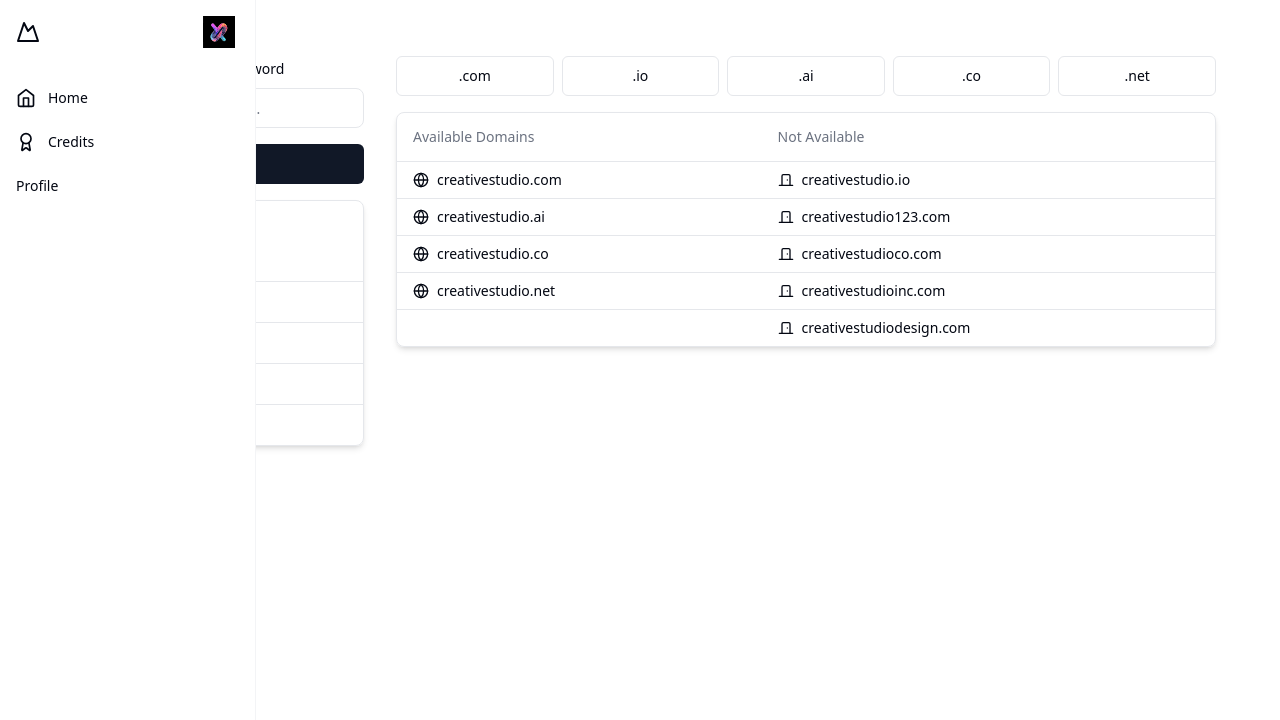
Repository: EliDorf/nyme
Page: /
These files come from the project's save history. The page is drawn as it stood at one moment and after the next save; the edit follows.
The browser window is 1280 px wide. The pictures show the whole page.
The page's requests for data from a server got no answer. The project was rebuilt for these pictures with package versions that can differ from the ones it lists, and the page was loaded fresh each time. Some packages were replaced by stand-ins written for this rebuild. The framework's server and built-in components were replaced by stand-ins that run in the browser. No one was signed in, and anything a server would have sent is missing. Also part of the build but not shown: next.config.mjs, lib/utils.ts, components/ui/alert-dialog.tsx, components/shared/InsufficientCreditsModal.tsx.

Above is the page before, as saved 2024-07-27 23:07:45.

### app/layout.tsx
import type { Metadata } from "next";
import { Inter } from "next/font/google";
import "./globals.css";
import type { AppProps } from 'next/app'
import { ClerkProvider, SignInButton, SignedIn, SignedOut, UserButton } from '@clerk/nextjs'

const inter = Inter({ subsets: ["latin"] });

export const metadata: Metadata = {
  title: "Nyme.AI",
  description: "Nyme.AI Generate create Names",
};


export default function RootLayout({
  children,
}: {
  children: React.ReactNode
}) {
  return (
    <ClerkProvider>
      <html lang="en">
        <body>
          <header>
            <SignedOut>
              <SignInButton />
            </SignedOut>
            <SignedIn>
              <UserButton />
            </SignedIn>
          </header>
          <main>
            {children}
          </main>
        </body>
      </html>
    </ClerkProvider>
  )
}

### app/(root)/layout.tsx
import { Dashboard } from '@/components/component/Dashboard';
import React from 'react';
import { NewSidebar } from '@/components/shared/new-sidebar';

const Layout = ({ children }: { children: React.ReactNode }) => {
  return (
    <main className="flex">
      <NewSidebar />
      <div className="flex-1 p-8">
        <Dashboard />
        {children}
      </div>
    </main>
  );
}

export default Layout;

### app/(root)/page.tsx
import { UserButton } from '@clerk/nextjs'
import React from 'react'

const Home = () => {
  return (
    <div>
      <p>Home</p>

    </div>
  )
}

export default Home

### app/globals.css
@tailwind base;
@tailwind components;
@tailwind utilities;

@layer base {
  :root {
    --background: 0 0% 100%;
    --foreground: 224 71.4% 4.1%;
    --card: 0 0% 100%;
    --card-foreground: 224 71.4% 4.1%;
    --popover: 0 0% 100%;
    --popover-foreground: 224 71.4% 4.1%;
    --primary: 220.9 39.3% 11%;
    --primary-foreground: 210 20% 98%;
    --secondary: 220 14.3% 95.9%;
    --secondary-foreground: 220.9 39.3% 11%;
    --muted: 220 14.3% 95.9%;
    --muted-foreground: 220 8.9% 46.1%;
    --accent: 220 14.3% 95.9%;
    --accent-foreground: 220.9 39.3% 11%;
    --destructive: 0 84.2% 60.2%;
    --destructive-foreground: 210 20% 98%;
    --border: 220 13% 91%;
    --input: 220 13% 91%;
    --ring: 224 71.4% 4.1%;
    --radius: 0.5rem;
    --chart-1: 12 76% 61%;
    --chart-2: 173 58% 39%;
    --chart-3: 197 37% 24%;
    --chart-4: 43 74% 66%;
    --chart-5: 27 87% 67%;
  }

  .dark {
    --background: 224 71.4% 4.1%;
    --foreground: 210 20% 98%;
    --card: 224 71.4% 4.1%;
    --card-foreground: 210 20% 98%;
    --popover: 224 71.4% 4.1%;
    --popover-foreground: 210 20% 98%;
    --primary: 210 20% 98%;
    --primary-foreground: 220.9 39.3% 11%;
    --secondary: 215 27.9% 16.9%;
    --secondary-foreground: 210 20% 98%;
    --muted: 215 27.9% 16.9%;
    --muted-foreground: 217.9 10.6% 64.9%;
    --accent: 215 27.9% 16.9%;
    --accent-foreground: 210 20% 98%;
    --destructive: 0 62.8% 30.6%;
    --destructive-foreground: 210 20% 98%;
    --border: 215 27.9% 16.9%;
    --input: 215 27.9% 16.9%;
    --ring: 216 12.2% 83.9%;
    --chart-1: 220 70% 50%;
    --chart-2: 160 60% 45%;
    --chart-3: 30 80% 55%;
    --chart-4: 280 65% 60%;
    --chart-5: 340 75% 55%;
  }
}

@layer base {
  * {
    @apply border-border;
  }
  body {
    @apply bg-background text-foreground;
  }
}.credits-section {
  display: flex;
  justify-content: center;
  align-items: center;
  padding: 2rem;
  background-color: #f9fafb; /* Light background for contrast */
}

.credits-list {
  display: flex;
  gap: 2rem;
  list-style: none;
  padding: 0;
}

.credits-item {
  background: #fff;
  border-radius: 8px;
  box-shadow: 0 4px 8px rgba(0, 0, 0, 0.1);
  padding: 2rem;
  max-width: 300px;
  text-align: center;
  transition: transform 0.3s;
}

.credits-item:hover {
  transform: translateY(-10px);
}

.flex-center {
  display: flex;
  justify-content: center;
  align-items: center;
}

.flex-col {
  flex-direction: column;
}

.plan-name {
  font-size: 1.5rem;
  font-weight: bold;
  color: #6B46C1;
}

.plan-price {
  font-size: 2rem;
  font-weight: bold;
  color: #2D3748;
  margin: 1rem 0;
}

.plan-credits {
  font-size: 1.1rem;
  color: #4A5568;
}

.inclusions-list {
  list-style: none;
  padding: 0;
  margin: 2rem 0;
  text-align: left;
}

.inclusion-item {
  display: flex;
  align-items: center;
  gap: 1rem;
}

.inclusion-label {
  font-size: 1rem;
  color: #4A5568;
}

.credits-btn {
  margin-top: 0.25rem;
  padding: 0.75rem 1.5rem;
  border: 2px solid #6B46C1;
  color: #fff;
  background-color: #6B46C1;
  font-size: 1rem;
  font-weight: bold;
  border-radius: 4px;
  transition: background-color 0.3s, color 0.3s;
}

.credits-btn:hover {
  background-color: #4C2C8A;
  color: #fff;
}

@media (max-width: 768px) {
  .credits-list {
    flex-direction: column;
    align-items: center;
  }
}

.checkoutButton {
  width: 100%;
  padding: 0.75rem 1.5rem;
  background-color: #6B46C1;
  color: #fff;
  font-size: 1rem;
  font-weight: bold;
  border: none;
  border-radius: 25px;
  cursor: pointer;
  transition: background-color 0.3s, transform 0.3s;
}

.checkoutButton:hover {
  background-color: #4C2C8A;
  transform: translateY(-2px);
}

.success-toast {
  background-color: #38A169; /* Green background for success */
  color: white;
}

.error-toast {
  background-color: #E53E3E; /* Red background for error */
  color: white;
}

.cl-userButtonBox {
  display: flex;
  flex-flow: row-reverse;
  gap: 12px;
}

.cl-userButtonOuterIdentifier {
  font-size: 16px;
  font-weight: 600;
  color: #384262;
}

### components/ui/label.tsx
"use client"

import * as React from "react"
import * as LabelPrimitive from "@radix-ui/react-label"
import { cva, type VariantProps } from "class-variance-authority"

import { cn } from "@/lib/utils"

const labelVariants = cva(
  "text-sm font-medium leading-none peer-disabled:cursor-not-allowed peer-disabled:opacity-70"
)

const Label = React.forwardRef<
  React.ElementRef<typeof LabelPrimitive.Root>,
  React.ComponentPropsWithoutRef<typeof LabelPrimitive.Root> &
    VariantProps<typeof labelVariants>
>(({ className, ...props }, ref) => (
  <LabelPrimitive.Root
    ref={ref}
    className={cn(labelVariants(), className)}
    {...props}
  />
))
Label.displayName = LabelPrimitive.Root.displayName

export { Label }

### components/ui/input.tsx
import * as React from "react"

import { cn } from "@/lib/utils"

export interface InputProps
  extends React.InputHTMLAttributes<HTMLInputElement> {}

const Input = React.forwardRef<HTMLInputElement, InputProps>(
  ({ className, type, ...props }, ref) => {
    return (
      <input
        type={type}
        className={cn(
          "flex h-10 w-full rounded-md border border-input bg-background px-3 py-2 text-sm ring-offset-background file:border-0 file:bg-transparent file:text-sm file:font-medium placeholder:text-muted-foreground focus-visible:outline-none focus-visible:ring-2 focus-visible:ring-ring focus-visible:ring-offset-2 disabled:cursor-not-allowed disabled:opacity-50",
          className
        )}
        ref={ref}
        {...props}
      />
    )
  }
)
Input.displayName = "Input"

export { Input }

### components/ui/button.tsx
import * as React from "react"
import { Slot } from "@radix-ui/react-slot"
import { cva, type VariantProps } from "class-variance-authority"

import { cn } from "@/lib/utils"

const buttonVariants = cva(
  "inline-flex items-center justify-center whitespace-nowrap rounded-md text-sm font-medium ring-offset-background transition-colors focus-visible:outline-none focus-visible:ring-2 focus-visible:ring-ring focus-visible:ring-offset-2 disabled:pointer-events-none disabled:opacity-50",
  {
    variants: {
      variant: {
        default: "bg-primary text-primary-foreground hover:bg-primary/90",
        destructive:
          "bg-destructive text-destructive-foreground hover:bg-destructive/90",
        outline:
          "border border-input bg-background hover:bg-accent hover:text-accent-foreground",
        secondary:
          "bg-secondary text-secondary-foreground hover:bg-secondary/80",
        ghost: "hover:bg-accent hover:text-accent-foreground",
        link: "text-primary underline-offset-4 hover:underline",
      },
      size: {
        default: "h-10 px-4 py-2",
        sm: "h-9 rounded-md px-3",
        lg: "h-11 rounded-md px-8",
        icon: "h-10 w-10",
      },
    },
    defaultVariants: {
      variant: "default",
      size: "default",
    },
  }
)

export interface ButtonProps
  extends React.ButtonHTMLAttributes<HTMLButtonElement>,
    VariantProps<typeof buttonVariants> {
  asChild?: boolean
}

const Button = React.forwardRef<HTMLButtonElement, ButtonProps>(
  ({ className, variant, size, asChild = false, ...props }, ref) => {
    const Comp = asChild ? Slot : "button"
    return (
      <Comp
        className={cn(buttonVariants({ variant, size, className }))}
        ref={ref}
        {...props}
      />
    )
  }
)
Button.displayName = "Button"

export { Button, buttonVariants }

### components/ui/table.tsx
import * as React from "react"

import { cn } from "@/lib/utils"

const Table = React.forwardRef<
  HTMLTableElement,
  React.HTMLAttributes<HTMLTableElement>
>(({ className, ...props }, ref) => (
  <div className="relative w-full overflow-auto">
    <table
      ref={ref}
      className={cn("w-full caption-bottom text-sm", className)}
      {...props}
    />
  </div>
))
Table.displayName = "Table"

const TableHeader = React.forwardRef<
  HTMLTableSectionElement,
  React.HTMLAttributes<HTMLTableSectionElement>
>(({ className, ...props }, ref) => (
  <thead ref={ref} className={cn("[&_tr]:border-b", className)} {...props} />
))
TableHeader.displayName = "TableHeader"

const TableBody = React.forwardRef<
  HTMLTableSectionElement,
  React.HTMLAttributes<HTMLTableSectionElement>
>(({ className, ...props }, ref) => (
  <tbody
    ref={ref}
    className={cn("[&_tr:last-child]:border-0", className)}
    {...props}
  />
))
TableBody.displayName = "TableBody"

const TableFooter = React.forwardRef<
  HTMLTableSectionElement,
  React.HTMLAttributes<HTMLTableSectionElement>
>(({ className, ...props }, ref) => (
  <tfoot
    ref={ref}
    className={cn(
      "border-t bg-muted/50 font-medium [&>tr]:last:border-b-0",
      className
    )}
    {...props}
  />
))
TableFooter.displayName = "TableFooter"

const TableRow = React.forwardRef<
  HTMLTableRowElement,
  React.HTMLAttributes<HTMLTableRowElement>
>(({ className, ...props }, ref) => (
  <tr
    ref={ref}
    className={cn(
      "border-b transition-colors hover:bg-muted/50 data-[state=selected]:bg-muted",
      className
    )}
    {...props}
  />
))
TableRow.displayName = "TableRow"

const TableHead = React.forwardRef<
  HTMLTableCellElement,
  React.ThHTMLAttributes<HTMLTableCellElement>
>(({ className, ...props }, ref) => (
  <th
    ref={ref}
    className={cn(
      "h-12 px-4 text-left align-middle font-medium text-muted-foreground [&:has([role=checkbox])]:pr-0",
      className
    )}
    {...props}
  />
))
TableHead.displayName = "TableHead"

const TableCell = React.forwardRef<
  HTMLTableCellElement,
  React.TdHTMLAttributes<HTMLTableCellElement>
>(({ className, ...props }, ref) => (
  <td
    ref={ref}
    className={cn("p-4 align-middle [&:has([role=checkbox])]:pr-0", className)}
    {...props}
  />
))
TableCell.displayName = "TableCell"

const TableCaption = React.forwardRef<
  HTMLTableCaptionElement,
  React.HTMLAttributes<HTMLTableCaptionElement>
>(({ className, ...props }, ref) => (
  <caption
    ref={ref}
    className={cn("mt-4 text-sm text-muted-foreground", className)}
    {...props}
  />
))
TableCaption.displayName = "TableCaption"

export {
  Table,
  TableHeader,
  TableBody,
  TableFooter,
  TableHead,
  TableRow,
  TableCell,
  TableCaption,
}

### components/component/UseSuggestion.tsx
// useSuggestions.ts
import { useState } from 'react'
import { useUser } from '@clerk/nextjs'
import { creditFee } from "@/constants"

const PLACEHOLDER_SUGGESTIONS = [
  "Names",
  "Nyme",
  "Namin",
  "Amin",
  "Namye"
];

export function useSuggestions() {
  const [suggestions, setSuggestions] = useState<string[]>(PLACEHOLDER_SUGGESTIONS)
  const [isLoading, setIsLoading] = useState(false)
  const [error, setError] = useState<string | null>(null)
  const { user } = useUser()

  const handleSubmit = async (input: string) => {
    setIsLoading(true)
    setError(null)
    // Note: You'll need to implement updateCredits function or move it to this file
    // await updateCredits(userId, creditFee)

    try {
      const response = await fetch('/api/generate', {
        method: 'POST',
        headers: {
          'Content-Type': 'application/json',
        },
        body: JSON.stringify({
          input,
          userId: user?.id || 'anonymous'
        }),
      })

      if (!response.ok) {
        throw new Error('Network response was not ok')
      }

      const data = await response.json()
      console.log("Raw data from API:", data)
      console.log("Received suggestions:", data.suggestions)

      const newSuggestions = Array.isArray(data.suggestions) ? data.suggestions : PLACEHOLDER_SUGGESTIONS
      console.log("Setting suggestions to:", newSuggestions)

      setSuggestions(newSuggestions)
    } catch (error) {
      console.error('Error:', error)
      setError('Failed to fetch suggestions. Please try again.')
      setSuggestions(PLACEHOLDER_SUGGESTIONS)
    } finally {
      setIsLoading(false)
    }
  }

  return { suggestions, isLoading, error, handleSubmit }
}

### lib/actions/user.action.ts
"use server";

import { revalidatePath } from "next/cache";

import User from "../database/models/user.model";
import { connectToDatabase } from "../database/mongoose";
import { handleError } from "../utils";
import { ObjectId } from 'mongodb';


type CreateUserParams = {
  clerkId: string;
  email: string;
  username: string;
  firstName?: string;
  lastName?: string;
  photo?: string;
};

type UpdateUserParams = {
  firstName?: string;
  lastName?: string;
  username?: string;
  photo?: string;
};

// CREATE
export async function createUser(user: CreateUserParams) {
  try {
    await connectToDatabase();

    const newUser = await User.create(user);

    return JSON.parse(JSON.stringify(newUser));
  } catch (error) {
    handleError(error);
  }
}

// READ
export async function getUserById(userId: string) {
  try {
    await connectToDatabase();

    const user = await User.findOne({ clerkId: userId });

    if (!user) throw new Error("User not found");

    return JSON.parse(JSON.stringify(user));
  } catch (error) {
    handleError(error);
  }
}

// UPDATE
export async function updateUser(clerkId: string, user: UpdateUserParams) {
  try {
    await connectToDatabase();

    const updatedUser = await User.findOneAndUpdate({ clerkId }, user, {
      new: true,
    });

    if (!updatedUser) throw new Error("User update failed");

    return JSON.parse(JSON.stringify(updatedUser));
  } catch (error) {
    handleError(error);
  }
}

// DELETE
export async function deleteUser(clerkId: string) {
  try {
    await connectToDatabase();

    // Find user to delete
    const userToDelete = await User.findOne({ clerkId });

    if (!userToDelete) {
      throw new Error("User not found");
    }

    // Delete user
    const deletedUser = await User.findByIdAndDelete(userToDelete._id);
    revalidatePath("/");

    return deletedUser ? JSON.parse(JSON.stringify(deletedUser)) : null;
  } catch (error) {
    handleError(error);
  }
}

// USE CREDITSimport { ObjectId } from 'mongodb'; // Make sure to import this

export async function updateCredits(userId: string, creditFee: number) {
  try {
    await connectToDatabase();

    console.log(`Updating credits for user with _id: ${userId}`);
    console.log(`Credit fee to be added: ${creditFee}`);

    const updatedUserCredits = await User.findOneAndUpdate(
      { _id: new ObjectId(userId) },
      { $inc: { creditBalance: creditFee }},
      { new: true }
    )

    if(!updatedUserCredits) {
      console.log(`User credits update failed for _id: ${userId}`);
      throw new Error("User credits update failed");
    }

    console.log(`Updated credit balance: ${updatedUserCredits.creditBalance}`);

    return JSON.parse(JSON.stringify(updatedUserCredits));
  } catch (error) {
    console.error("Error in updateCredits:", error);
    handleError(error);
  }
}

### lib/actions/useUserData.ts
// hooks/useUserData.ts
import { useState, useEffect } from 'react';
import { useUser } from '@clerk/nextjs';
import { getUserById } from '@/lib/actions/user.action';
import { User } from '@/types/user';

export function useUserData() {
  const { user } = useUser();
  const [userData, setUserData] = useState<User | null>(null);

  useEffect(() => {
    async function fetchUserData() {
      if (user) {
        const data = await getUserById(user.id);
        setUserData(data);
      }
    }

    fetchUserData();
  }, [user]);

  return { userData };
}

### lib/database/mongoose.ts
import mongoose, { Mongoose } from 'mongoose';

const MONGODB_URL = process.env.MONGODB_URL;

interface MongooseConnection {
  conn: Mongoose | null;
  promise: Promise<Mongoose> | null;
}

let cached: MongooseConnection = (global as any).mongoose

if(!cached) {
  cached = (global as any).mongoose = {
    conn: null, promise: null
  }
}

export const connectToDatabase = async () => {
  if(cached.conn) return cached.conn;

  if(!MONGODB_URL) throw new Error('Missing MONGODB_URL');

  cached.promise =
    cached.promise ||
    mongoose.connect(MONGODB_URL, {
      dbName: 'Nyme', bufferCommands: false
    })

  cached.conn = await cached.promise;

  return cached.conn;
}

### tailwind.config.ts
import type { Config } from "tailwindcss";

const config: Config = {
  content: [
    "./pages/**/*.{js,ts,jsx,tsx,mdx}",
    "./components/**/*.{js,ts,jsx,tsx,mdx}",
    "./app/**/*.{js,ts,jsx,tsx,mdx}",
  ],
  theme: {
    extend: {
      backgroundImage: {
        "gradient-radial": "radial-gradient(var(--tw-gradient-stops))",
        "gradient-conic":
          "conic-gradient(from 180deg at 50% 50%, var(--tw-gradient-stops))",
      },
    },
      colors: {
            "border": "hsl(var(--border))",
            "input": "hsl(var(--input))",
            "ring": "hsl(var(--ring))",
            "background": "hsl(var(--background))",
            "foreground": "hsl(var(--foreground))",
            "primary": {
              "DEFAULT": "hsl(var(--primary))",
              "foreground": "hsl(var(--primary-foreground))"
            },
            "secondary": {
              "DEFAULT": "hsl(var(--secondary))",
              "foreground": "hsl(var(--secondary-foreground))"
            },
            "destructive": {
              "DEFAULT": "hsl(var(--destructive))",
              "foreground": "hsl(var(--destructive-foreground))"
            },
            "muted": {
              "DEFAULT": "hsl(var(--muted))",
              "foreground": "hsl(var(--muted-foreground))"
            },
            "accent": {
              "DEFAULT": "hsl(var(--accent))",
              "foreground": "hsl(var(--accent-foreground))"
            },
            "popover": {
              "DEFAULT": "hsl(var(--popover))",
              "foreground": "hsl(var(--popover-foreground))"
            },
            "card": {
              "DEFAULT": "hsl(var(--card))",
              "foreground": "hsl(var(--card-foreground))"
            }
          },
      borderRadius: {
            "lg": "var(--radius)",
            "md": "calc(var(--radius) - 2px)",
            "sm": "calc(var(--radius) - 4px)"
          },
      keyframes: {
            "accordion-down": {
              "from": {
                "height": "0"
              },
              "to": {
                "height": "var(--radix-accordion-content-height)"
              }
            },
            "accordion-up": {
              "from": {
                "height": "var(--radix-accordion-content-height)"
              },
              "to": {
                "height": "0"
              }
            }
          }
},
  plugins: [require("tailwindcss-animate")],
};
export default config;

Loaded but not shown: lib/database/models/user.model.ts (common file); components/shared/new-sidebar.tsx (287 lines, source omitted); components/component/Dashboard.tsx (268 lines, source omitted); components/ui/dropdown-menu.tsx (200 lines, source omitted); constants/index.ts (195 lines, source omitted)

After the next save:
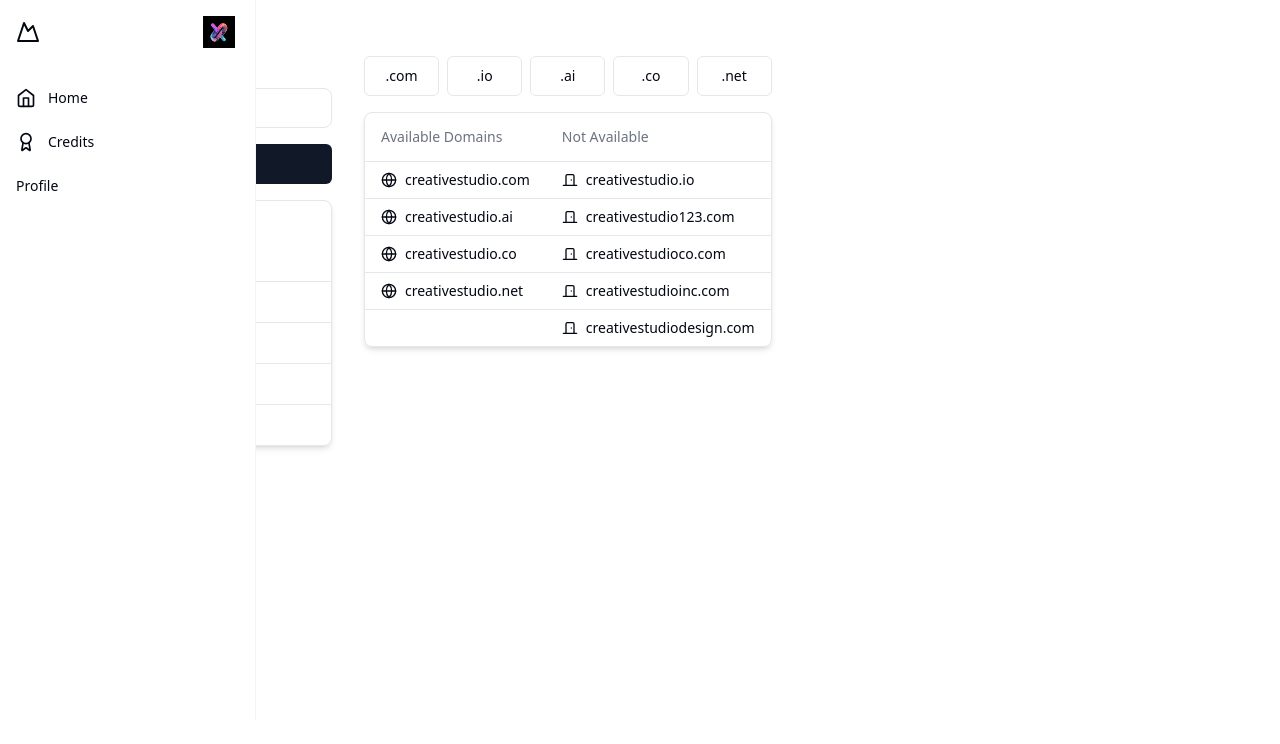
Saved 119 s later.
--- a/app/globals.css
+++ b/app/globals.css
@@ -204,3 +204,19 @@
   font-weight: 600;
   color: #384262;
 }
+
+main {
+  display: flex;
+  min-height: 100vh;
+}
+
+.sidebar {
+  width: 250px; /* Adjust as needed */
+  flex-shrink: 0;
+}
+
+.main-content {
+  flex-grow: 1;
+  padding: 2rem;
+  overflow-y: auto;
+}

After the 4 saves that followed:
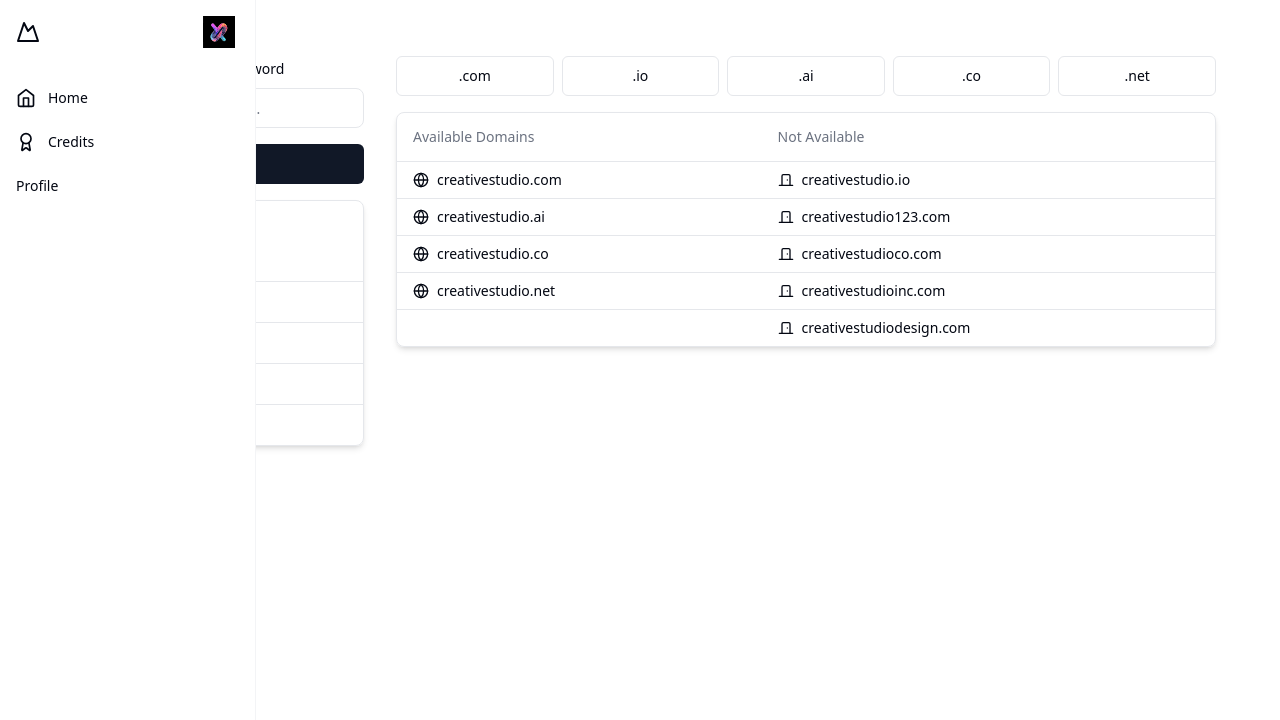
The 4 saves are shown as one change because 3 left the picture as it was.
The last was saved 87 s later.
--- a/app/globals.css
+++ b/app/globals.css
@@ -204,19 +204,3 @@
   font-weight: 600;
   color: #384262;
 }
-
-main {
-  display: flex;
-  min-height: 100vh;
-}
-
-.sidebar {
-  width: 250px; /* Adjust as needed */
-  flex-shrink: 0;
-}
-
-.main-content {
-  flex-grow: 1;
-  padding: 2rem;
-  overflow-y: auto;
-}
